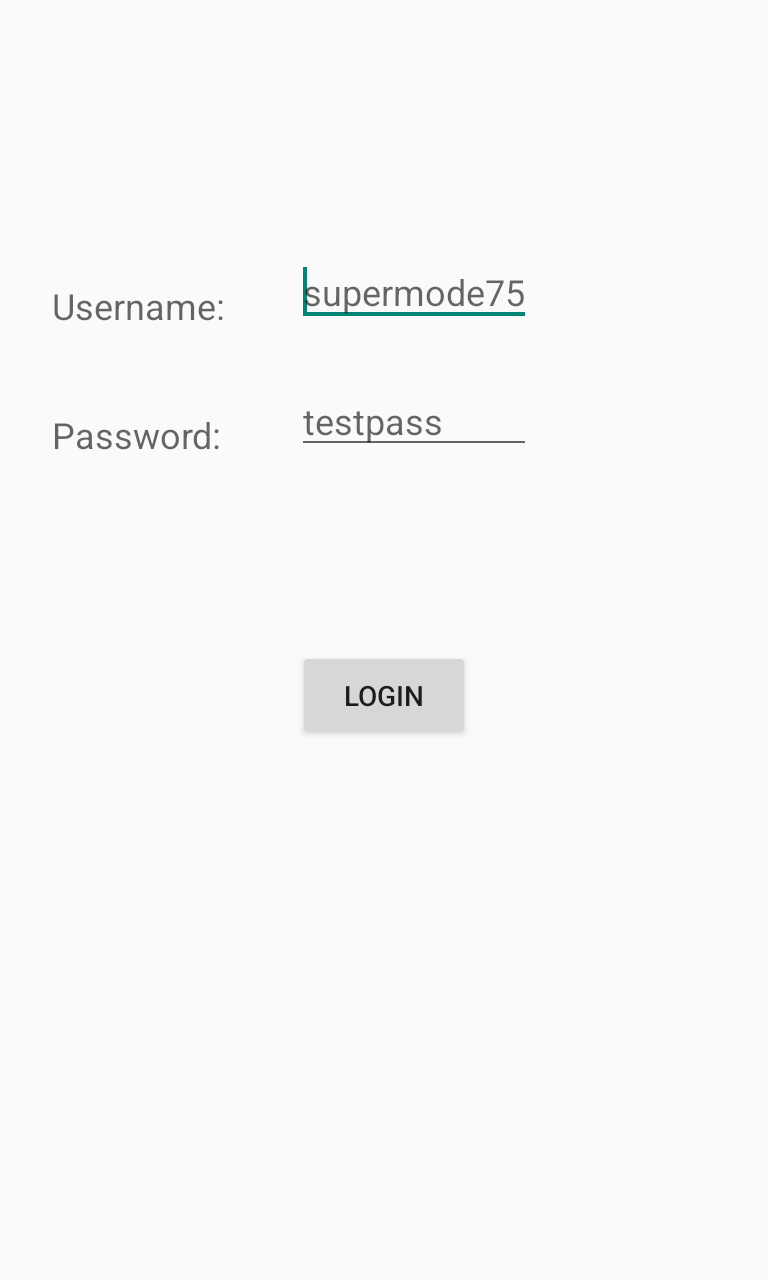
Repository: BurtWurst/MyFields_Mobile
Layout: Android/Login/res/layout/activity_main.xml
These files come from the project's save history. The layout is drawn as it stood at one moment and after the next save; the edit follows.
It is drawn on a 768 x 1280 px phone screen (xhdpi) without system bars, with theme AppTheme; the app's code is not run.

Above is the layout before, as saved 2014-12-06 04:11:34.

### Android/Login/res/layout/activity_main.xml
<RelativeLayout xmlns:android="http://schemas.android.com/apk/res/android"
    xmlns:tools="http://schemas.android.com/tools"
    android:layout_width="match_parent"
    android:layout_height="match_parent"
    android:paddingBottom="@dimen/activity_vertical_margin"
    android:paddingLeft="@dimen/activity_horizontal_margin"
    android:paddingRight="@dimen/activity_horizontal_margin"
    android:paddingTop="@dimen/activity_vertical_margin"
    tools:context="com.javacodegeeks.android.loginapp.MainActivity" >

     <TextView
	      android:id="@+id/textView1"
	      android:layout_width="wrap_content"
	      android:layout_height="wrap_content"
	      android:layout_alignParentTop="true"
	      android:layout_centerHorizontal="true"
	      android:layout_marginTop="20dp"
	      android:text=""
	      android:textAppearance="?android:attr/textAppearanceLarge" />

      <TextView
	      android:id="@+id/textView2"
	      android:layout_width="wrap_content"
	      android:layout_height="wrap_content"
	      android:layout_alignParentLeft="true"
	      android:layout_below="@+id/textView1"
	      android:layout_marginTop="75dp"
	      android:layout_marginLeft="10dp"
	      android:text="Username:"
	      android:textAppearance="?android:attr/textAppearanceMedium" />

      <EditText
	      android:id="@+id/usernameET"
	      android:layout_width="wrap_content"
	      android:layout_height="wrap_content"
	      android:layout_alignBottom="@+id/textView2"
	      android:layout_marginLeft="35dp"
	      android:layout_toRightOf="@+id/textView2"
	      android:hint="supermode75" >
      	  <requestFocus />
   	  </EditText>

      <TextView
	      android:id="@+id/textView3"
	      android:layout_width="wrap_content"
	      android:layout_height="wrap_content"
	      android:layout_alignLeft="@+id/textView2"
	      android:layout_below="@+id/textView2"
	      android:layout_marginTop="40dp"
	      android:text="Password:"
	      android:textAppearance="?android:attr/textAppearanceMedium" />

      <EditText
          android:id="@+id/passwordET"
          android:layout_width="wrap_content"
          android:layout_height="wrap_content"
          android:layout_alignBottom="@+id/textView3"
          android:layout_alignLeft="@+id/usernameET"
          android:layout_alignRight="@+id/usernameET"
          android:hint="testpass"
          android:inputType="textPassword" />

       <TextView
	      android:id="@+id/attemptsLeftTV"
	      android:layout_width="wrap_content"
	      android:layout_height="wrap_content"
	      android:layout_alignLeft="@+id/textView3"
	      android:layout_below="@+id/textView3"
	      android:layout_marginLeft="30dp"
	      android:layout_marginTop="48dp"
	      android:text="Attempts Left:"
	      android:visibility="invisible"
	      android:textAppearance="?android:attr/textAppearanceMedium" />

       <Button
	      android:id="@+id/loginBtn"
	      android:layout_width="wrap_content"
	      android:layout_height="wrap_content"
	      android:layout_below="@+id/passwordET"
	      android:layout_centerHorizontal="true"
	      android:layout_marginTop="94dp"
	      android:onClick="authenticateLogin"
	      android:text="Login" />

       <TextView
	      android:id="@+id/numberOfRemainingLoginAttemptsTV"
	      android:layout_width="wrap_content"
	      android:layout_height="wrap_content"
	      android:layout_alignRight="@+id/textView1"
	      android:layout_alignTop="@+id/attemptsLeftTV"
	      android:visibility="invisible" />

       <TextView
	      android:id="@+id/loginLockedTV"
	      android:layout_width="wrap_content"
	      android:layout_height="wrap_content"
	      android:layout_below="@+id/loginBtn"
	      android:layout_marginTop="35dp"
	      android:layout_centerHorizontal="true"
	      android:textAppearance="?android:attr/textAppearanceMedium"
	      android:visibility="invisible" />

</RelativeLayout>

Loaded but not shown: Android/Login/res/values/styles.xml (common file); Android/Login/res/values-v11/styles.xml (common file); Android/Login/res/values-v14/styles.xml (common file); Android/Login/res/values/dimens.xml (common file); Android/Login/res/values-w820dp/dimens.xml (common file)

After the next save:
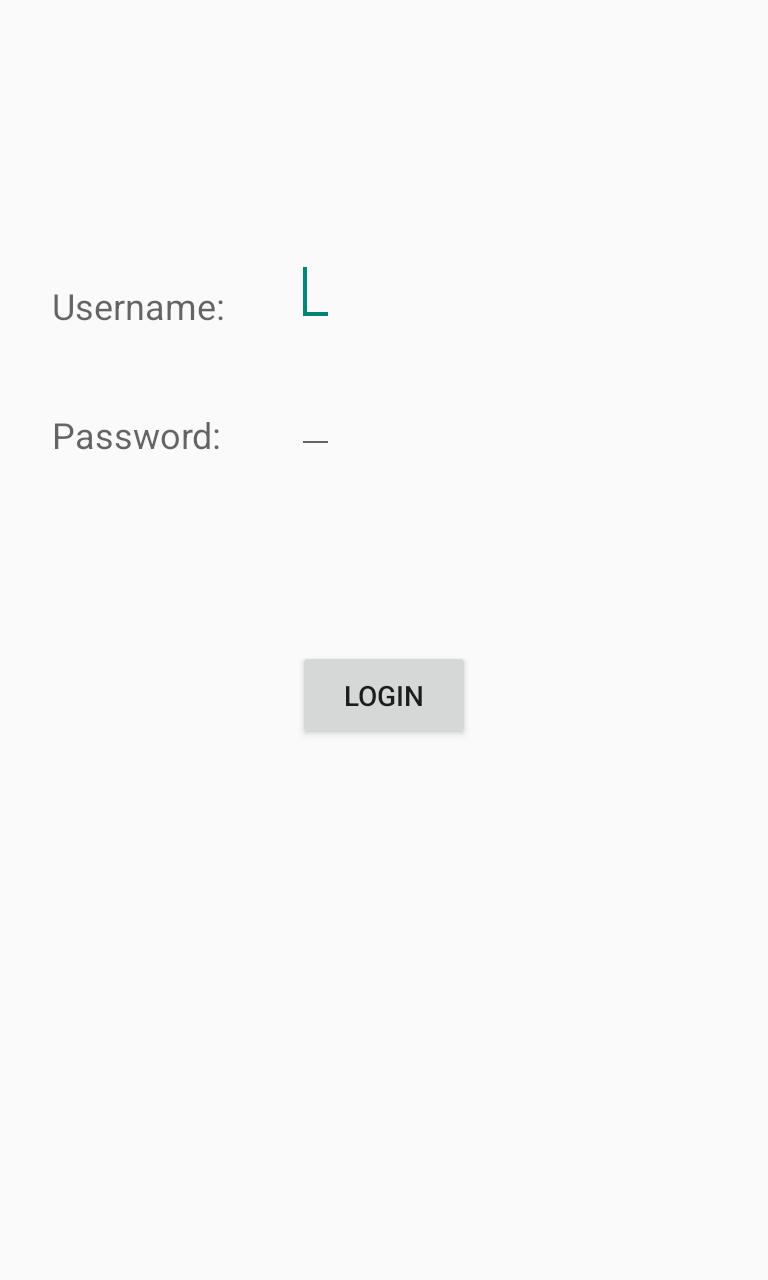
Saved 13 min 21 s later.
--- a/Android/Login/res/layout/activity_main.xml
+++ b/Android/Login/res/layout/activity_main.xml
@@ -35,8 +35,7 @@
 	      android:layout_height="wrap_content"
 	      android:layout_alignBottom="@+id/textView2"
 	      android:layout_marginLeft="35dp"
-	      android:layout_toRightOf="@+id/textView2"
-	      android:hint="supermode75" >
+	      android:layout_toRightOf="@+id/textView2">
       	  <requestFocus />
    	  </EditText>
 
@@ -57,7 +56,6 @@
           android:layout_alignBottom="@+id/textView3"
           android:layout_alignLeft="@+id/usernameET"
           android:layout_alignRight="@+id/usernameET"
-          android:hint="testpass"
           android:inputType="textPassword" />
 
        <TextView
